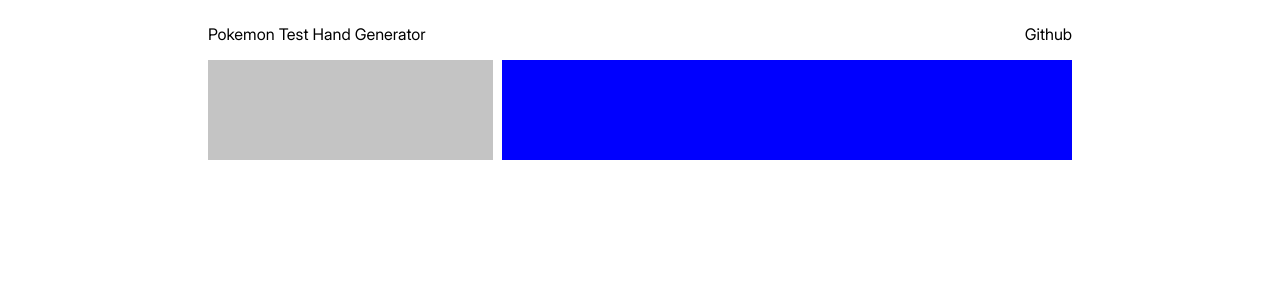
Repository: danielj1415/test-hand-simulator
Page: /
These files come from the project's save history. The page is drawn as it stood at one moment and after the next save; the edit follows.
The browser window is 1280 px wide. The pictures show the whole page.
The project was rebuilt for these pictures with package versions that can differ from the ones it lists, and the page was loaded fresh each time. Also part of the build but not shown: vite.config.ts, src/index.css.

Above is the page before, as saved 2024-10-30 17:31:49.

### src/App.tsx
import { useState } from 'react'
import './App.css'
import { Outlet, Link } from "react-router-dom";

function App() {

  return (
    <div>
      <div className = "mainContainer">
        <div className = "navigationBar">
          <p>Pokemon Test Hand Generator</p>
          <p>Github</p>
        </div>
        <div className = "mainBody">
          <div className = "inputDeck"></div>
          <div className = "testHands"></div>
        </div>
      </div>
    </div>
  )
}

export default App

### src/App.css

@import "./fonts.css";

.mainContainer{
  margin-left: 200px;
  margin-right: 200px;
}

.navigationBar{
  display: flex;
  align-items: center;
  justify-content: space-between;
  margin-top: 8px;
}

p{
  font-size: 16px;
  font-family: "Inter";
}

.mainBody{
  display: flex;
  align-items:flex-start;
  justify-content: space-between;
}

.inputDeck{
  width: 33%;
  background-color: rgb(196, 196, 196);
  height: 100px;
}

.testHands{
  width: 66%;
  background-color: blue;
  height: 100px;
}

### src/fonts.css
@font-face {
    font-family: "Inter";
    src: url("/src/assets/fonts/Inter_28pt-Regular.ttf");
  }

Loaded but not shown: index.html (common file); src/main.tsx (common file)

After the next save:
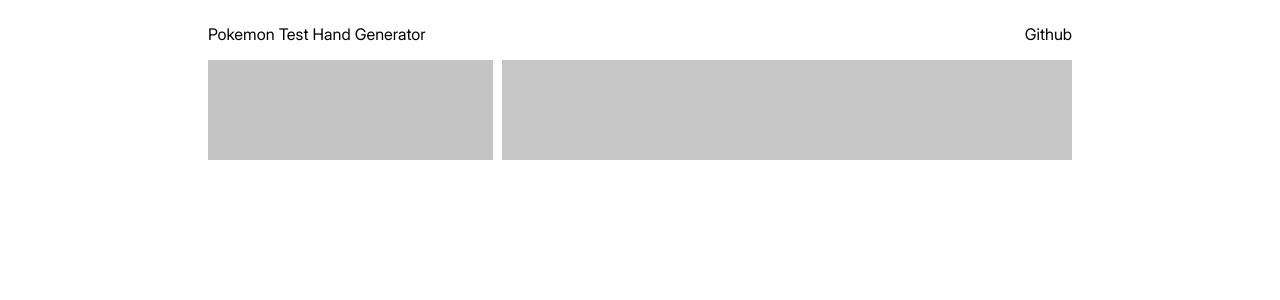
Saved 10 s later.
--- a/src/App.css
+++ b/src/App.css
@@ -32,6 +32,6 @@ p{
 
 .testHands{
   width: 66%;
-  background-color: blue;
+  background-color: rgb(198, 198, 198);
   height: 100px;
 }
